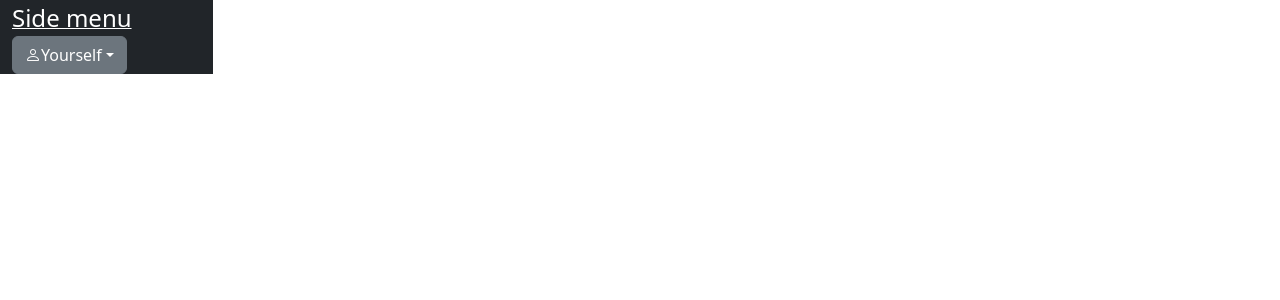
Repository: iqbalaamir/dashboard
Page: /
The author's editor kept a copy of each file at every save. The page is drawn from the files as they stood at one save, then again after the next save.
The browser window is 1280 px wide. The pictures show the whole page.
The project was rebuilt for these pictures with package versions that can differ from the ones it lists, and the page was loaded fresh each time. Also part of the build but not shown: src/App.css.

Above is the page before, as saved 2023-04-24 15:13:09.

After the next save:
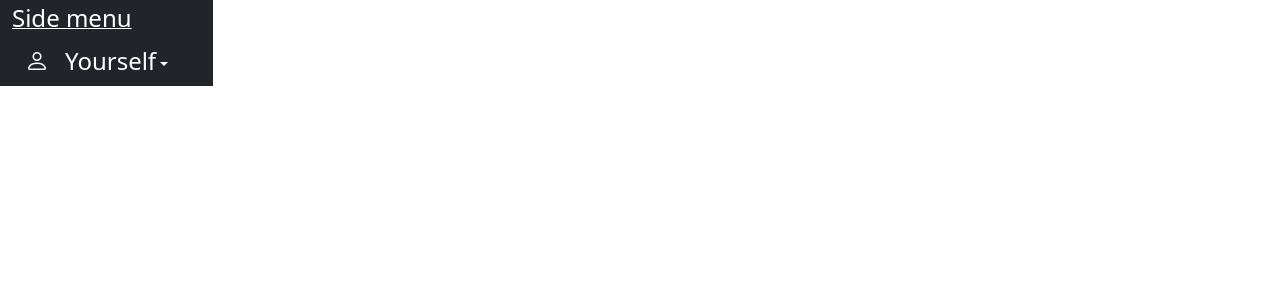
Saved 3 min 42 s later.
--- a/src/components/Sidebar.js
+++ b/src/components/Sidebar.js
@@ -13,9 +13,9 @@ export default function Sidebar() {
                     </a>
                 </div>
               <div class="dropdown open">
-                <a class="btn btn-secondary dropdown-toggle text-white" type="button" id="triggerId" data-bs-toggle="dropdown" aria-haspopup="true"
+                <a class="btn border-none dropdown-toggle text-white" type="button" id="triggerId" data-bs-toggle="dropdown" aria-haspopup="true"
                         aria-expanded="false">
-                         <i className='bi bi-person'></i><span>Yourself</span>
+                         <i className='bi bi-person fs-4'></i><span className='fs-4 ms-3'>Yourself</span>
                         </a>
                 <div class="dropdown-menu" aria-labelledby="triggerId">
                     <a class="dropdown-item" href="#">Action</a>
